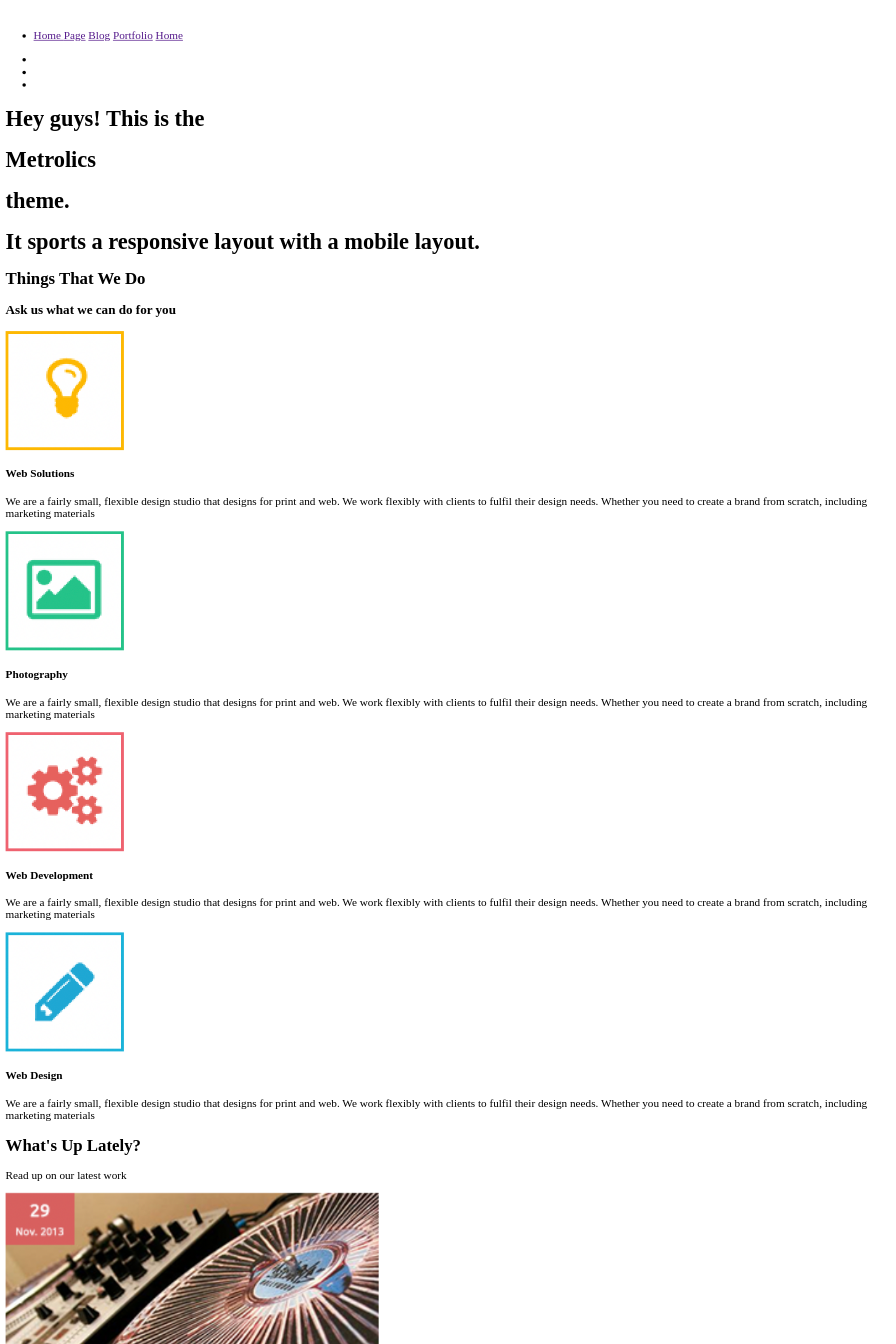
Repository: JerryWuOn/BCITPROJECT1-LAB-03B
Page: index.html
These files come from the project's save history. The page is drawn as it stood at one moment and after a run of saves; the edit follows.
The browser window is 1280 px wide. The pictures show the part of the page from y = 0 to 1920 px (the page is 9351 px tall before and 9234 px after), at 70% of full size.

Above is the page before, as saved 2023-01-27 18:12:08.

### index.html
<!DOCTYPE html>
<html lang="en">
<head>
  <meta name="viewport" content="width=device-width, initial-scale=1.0">
    <title>Team Jerry and Takami</title>
</head>
<body class="page page--home">

  <header class="page_header">
      <div class="page_header_logo">
        <img src="" alt="">
      </div>
      <section class="home_pages">
        <ul class="page-links">
          <li class="page-links_items">
            <a href="">Home </a>
            <a href="">Page</a>
            <a href="">Blog</a>
            <a href="">Portfolio</a>
            <a href="">Home</a>
          </li>
        </ul>
      </section>
  </header>

  <section class="carousel">
    <ul class="carousel_items">
      <li></li>
      <li></li>
      <li></li>
    </ul>
  </section>

         <div>
         <h1  class="font1">Hey guys! This is the</h1><h1 class="font1--colour-blue">Metrolics</h1><h1  class="font1">theme.</h1>
         <h1  class="font1">It sports a responsive layout with a mobile layout.</h1>
        </div>

          <h2>Things That We Do</h2>
            <h3>Ask us what we can do for you</h3>

             <div class="">

                <div>
                   <a><img src="icon1.png" href=""></a>
                   <h4>Web Solutions</h4>
                   <p>We are a fairly small, flexible design studio that designs for print and web. We work flexibly with clients to fulfil their design needs.
                    Whether you need to create a brand from scratch, including marketing materials</p>
                </div>

                <div>
                    <a><img src="icon2.png" href=""></a>
                    <h4>Photography</h4>
                    <p>We are a fairly small, flexible design studio that designs for print and web.
                      We work flexibly with clients to fulfil their design needs. Whether you need to create a brand from scratch, including marketing materials</p>
                 </div>

                 <div>
                    <a><img src="icon3.png" href=""></a>
                    <h4>Web Development</h4>
                    <p>We are a fairly small, flexible design studio that designs for print and web.
                      We work flexibly with clients to fulfil their design needs. Whether you need to create a brand from scratch, including marketing materials</p>
                 </div>

                 <div>
                    <a><img src="icon4.png" href=""></a>
                    <h4>Web Design</h4>
                    <p>We are a fairly small, flexible design studio that designs for print and web. We work flexibly with clients to fulfil their design needs.
                      Whether you need to create a brand from scratch, including marketing materials</p>
                 </div>

                </div>


        <div>
            <h2>What's Up Lately?</h2>
            <p>Read up on our latest work</p>
        </div>

          <div>
            <div><img src="pic.png"></div>
            <div><img src="pic.png"></div>
            <div><img src="pic.png"></div>
          </div>

          <div>
            <h2>Our Latest Project</h2>
            <p>Client happy? We are happy.</p>
          </div>

          <div class="grid">
            <div><img src="pic2.png"></div>
            <div><img src="pic2.png"></div>
            <div><img src="pic2.png"></div>
            <div><img src="pic2.png"></div>
            <div><img src="pic2.png"></div>
            <div><img src="pic2.png"></div>
          </div>



          <div class="button--left">
            <h2>Thingsofabove</h2>
            <p>Music stuff we could not anyolace else</p>

          <div>
            <h2></h2>
              <div>
                <img>
                   <div>
                    <h3></h3>
                    <p></p>
                   </div>
              </div>
          </div>

          <div>
            <h2></h2>
          </div>

          <div>
            <h2></h2>
          </div>

          </div>

                 <div class="button--right">

                 </div>


            <div class="grid-containers2">

              <div><img src="pic2.png"></div>
              <div><img src="pic2.png"></div>
              <div><img src="pic2.png"></div>
              <div><img src="pic2.png"></div>
              <div><img src="pic2.png"></div>

            </div>

        <div>
            <div>
                <a><img></a>
                <p></p>
            </div>

              <div>
                <div>
                    <h4></h4>
                    <hl>
                    <p></p>
                      <div class="grid-containers3">
                        <div><img src="pic2.png"></div>
                        <div><img src="pic2.png"></div>
                        <div><img src="pic2.png"></div>
                        <div><img src="pic2.png"></div>
                        <div><img src="pic2.png"></div>
                      </div>
                </div>

                <div>
                    <h2></h2>
                     <div>
                        <a></a>
                        <a></a>
                        <a></a>
                     </div>
                       <div class="">
                        <a></a>
                        <a></a>
                        <a></a>
                       </div>
                </div>

                <div>
                    <h2></h2>
                        <div>
                            <div></div>
                            <p></p>
                        </div>

                          <div>
                            <div></div>
                            <p></p>
                          </div>
                </div>

                <div>
                    <h2></h2>
                    <p></p>
                    <p></p><a></a>
                </div>
              </div>
        </div>
</body>
</html>

After the next 2 saves:
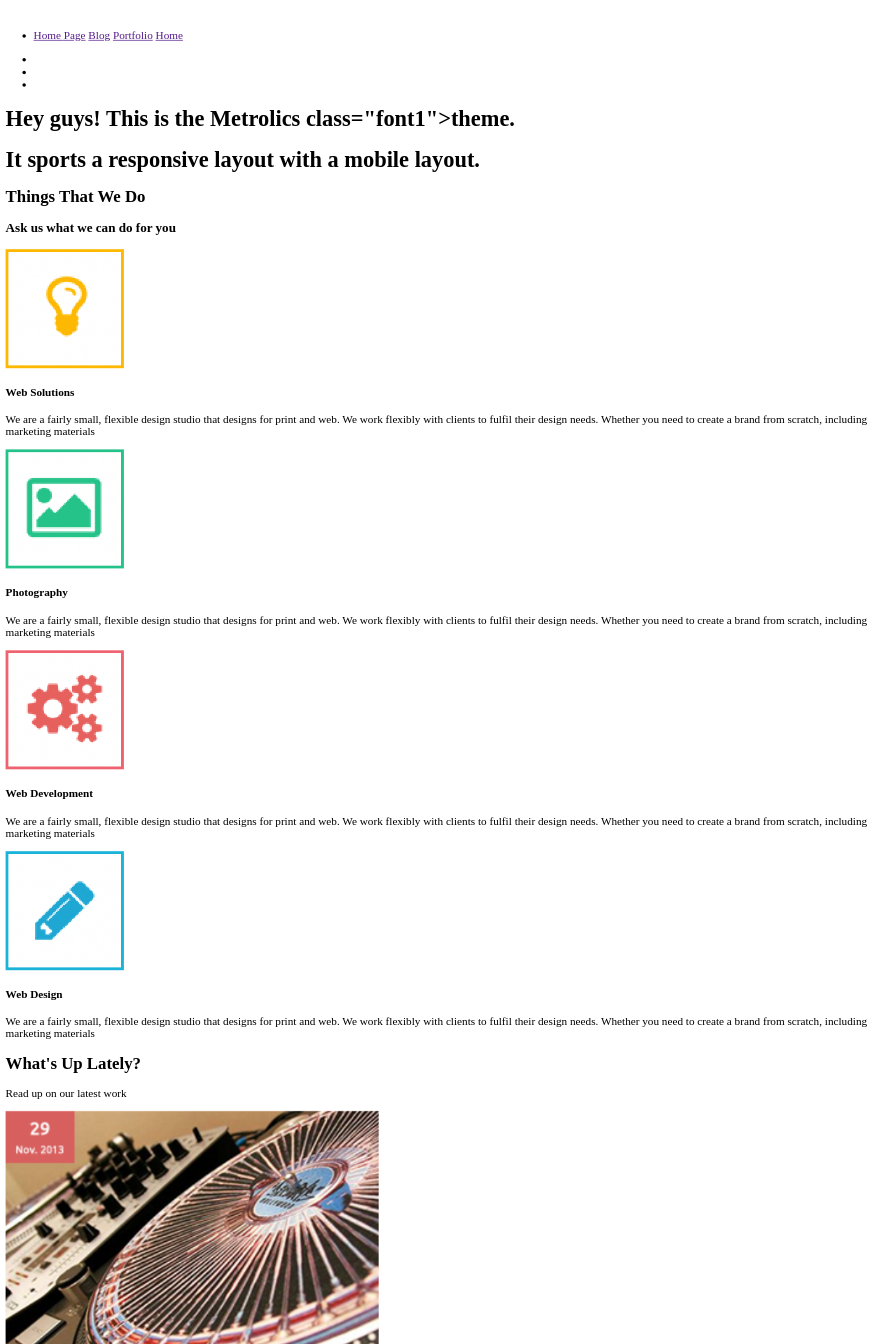
The 2 saves are shown as one change because they came seconds apart.
The last was saved 49 s later.
--- a/index.html
+++ b/index.html
@@ -32,7 +32,7 @@
   </section>
 
          <div>
-         <h1  class="font1">Hey guys! This is the</h1><h1 class="font1--colour-blue">Metrolics</h1><h1  class="font1">theme.</h1>
+         <h1  class="font1">Hey guys! This is the Metrolics class="font1">theme.</h1>
          <h1  class="font1">It sports a responsive layout with a mobile layout.</h1>
         </div>
 
